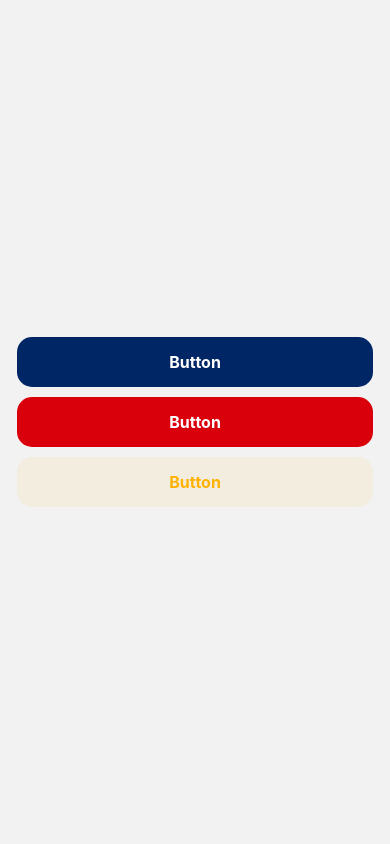
Repository: hungdomanh95/setuptheme
Screen: /
An editor plug-in stored every save of this project. The screen is shown before and after the next save, followed by the edit.
The app was drawn by React Native's web renderer in a window 390 px wide. The project was rebuilt for these pictures with package versions that can differ from the ones it lists, and the page was loaded fresh each time. Also part of the build but not shown: src/components/Fade/index.js, src/components/Slide/index.js.

Above is the screen before, as saved 2022-05-17 10:50:43.

### App.js
import {View, Text} from 'react-native';
import React from 'react';
import RootNavigation from './src/navigation/rootNavigation';

const App = () => {
  return <RootNavigation />;
};

export default App;

### src/navigation/rootNavigation.js
import React from 'react'
import {NavigationContainer} from '@react-navigation/native';
import {createNativeStackNavigator} from '@react-navigation/native-stack';
import {
  HomeScreen,
} from '../screens';
import { SafeAreaProvider } from 'react-native-safe-area-context';

const Stack = createNativeStackNavigator();
const RootNavigation = () => {
  const screenOptions = {
    headerTransparent: true,
    headerShown: false,
  };
  const stackOption = {
    headerShown: true,
    headerBackTitle: '',
    headerTitle: '',
  };
  return (
    <SafeAreaProvider>
      <NavigationContainer>
        <Stack.Navigator screenOptions={screenOptions}>
          <Stack.Screen name="HomeScreen" component={HomeScreen} />
        </Stack.Navigator>
      </NavigationContainer>
    </SafeAreaProvider>
  );
};

export default RootNavigation;

### src/screens/index.js
import HomeScreen from './HomeScreen';
export {HomeScreen};

### src/screens/HomeScreen/index.js
import {View, Text, StyleSheet} from 'react-native';
import React from 'react';
import {color, shadows} from '../../theme';
import {RNButton} from '../../components';

const HomeScreen = () => {
  return (
    <View style={styles.container}>
      <RNButton text="Button" color={color.primary} />
      <RNButton text="Button" color={color.red} />
      <RNButton text="Button" color={color.neural8} colorText={color.neural} />
    </View>
  );
};

export default HomeScreen;
const styles = StyleSheet.create({
  container: {
    flex: 1,
    justifyContent: 'center',
    alignItems: 'center',
  },
});

### src/theme/index.js
import {StyleSheet, Dimensions} from 'react-native';
const {width, height} = Dimensions.get('window');
const width_design = 375;
export const size = {
  width,
  height,
  spacing: 16,
  icon: 24,
  btn1: (width * 343) / width_design,
  btn2: (width * 196) / width_design,
  btn3: (width * 160) / width_design,
};
export const color = {
  primary: '#002665',
  primary80: "rgba(0, 38, 101, 0.8)",
  primary60: "rgba(0, 38, 101, 0.6)",
  primary40: "rgba(0, 38, 101, 0.4)",
  primary24: "rgba(0, 38, 101, 0.24)",
  primary16: "rgba(0, 38, 101, 0.16)",
  primary8: "rgba(0, 38, 101, 0.08)",
  primary4: "rgba(0, 38, 101, 0.04)",
  secondary: '#2567F9',
  secondary50: '#0077FF',
  secondary40: 'rgba(0, 119, 255, 0.4)',
  secondary24: 'rgba(0, 119, 255, 0.24)',
  secondary16: 'rgba(0, 119, 255, 0.16)',
  secondary8: 'rgba(0, 119, 255, 0.08)',
  white: '#FFFFFF',
  white64: 'rgba(255,255,255,0.64)',
  white40: 'rgba(255,255,255,0.4)',
  white24: 'rgba(255,255,255,0.24)',
  white16: 'rgba(255,255,255,0.16)',
  white8: 'rgba(255,255,255,0.08)',
  white4: 'rgba(255,255,255,0.04)',
  yellow: '#FDBE01',
  yellow80: 'rgba(253, 190, 1, 0.8)',
  yellow40: 'rgba(253, 190, 1, 0.4)',
  yellow16: 'rgba(253, 190, 1, 0.16)',
  red: '#DA000B',
  red80: 'rgba(227, 38, 46, 0.8)',
  red40: 'rgba(227, 38, 46, 0.4)',
  red16: 'rgba(227, 38, 46, 0.16)',
  gray: '#6D7E92',
  gray40: '#7689A2',
  gray24: '#B3BDCB',
  gray16: '#DADFE6',
  gray8: '#F9FAFD',
  green: '#18A348',
  green50: '#25C26E',
  green40: 'rgba(37, 194, 110, 0.4)',
  green24: 'rgba(37, 194, 110, 0.24)',
  neural: '#FFB200',
  neural80: 'rgba(255, 178, 0, 0.8)',
  neural40: 'rgba(255, 178, 0, 0.4)',
  neural24: 'rgba(255, 178, 0, 0.24)',
  neural16: 'rgba(255, 178, 0, 0.16)',
  neural8: 'rgba(255, 178, 0, 0.08)',
  orange: '#F44B02',
  orange80: 'rgba(244, 75, 2, 0.8)',
  orange40: 'rgba(244, 75, 2, 0.4)',
  orange8: '#FFECE3',
  infor: '#0289F4',
  infor80: 'rgba(2, 137, 244, 0.8)',
  infor40: 'rgba(2, 137, 244, 0.4)',
  infor10: 'rgba(2, 137, 244, 0.1)',
};
export const text = StyleSheet.create({
  h1: {
    fontSize: 22,
    lineHeight: 33,
  },
  h2: {
    fontSize: 20,
    lineHeight: 30,
  },
  h3: {
    fontSize: 18,
    lineHeight: 27,
  },
  fz16: {
    fontSize: 16,
    lineHeight: 24,
  },
  fz14: {
    fontSize: 14,
    lineHeight: 21,
  },
  fz12: {
    fontSize: 12,
    lineHeight: 18,
  },
  fz10: {
    fontSize: 10,
    lineHeight: 15,
  },
  bold: {
    fontWeight: '700',
  },
  medium: {
    fontWeight: '500',
  },
  regular: {
    fontWeight: '400',
  },
});
export const shadows = StyleSheet.create({
  sh: {
    backgroundColor: '#FFFFFF',
    shadowColor: 'rgba(0, 38, 101, 0.1)',
    shadowOffset: {
      width: 0,
      height: 2,
    },
    shadowOpacity: 2,
    shadowRadius: 5,
    elevation: 5,
  },
});

### src/components/index.js
import Fade from './Fade';
import Slide from './Slide';
import RNButton from './RNButton';
export {Fade, Slide, RNButton};

### src/components/RNButton/index.js
import {StyleSheet, Text, View} from 'react-native';
import React from 'react';
import {color, size, text} from '../../theme';

const RNButton = props => {
  console.log("---");
  const {text, color} = props;

  const styles = styleWithProps(props);
  return (
    <View style={styles.container}>
      <Text style={styles.text}>{text}</Text>
    </View>
  );
};

const styleWithProps = props =>
  StyleSheet.create({
    container: {
      width: size.btn1,
      height: 50,
      justifyContent: 'center',
      alignItems: 'center',
      backgroundColor: props.color,
      borderRadius: 15,
      marginVertical:5
    },
    text: {
      color: props.colorText || color.white ,
      ...text.fz16,
      ...text.bold,
    },
  });
export default RNButton;

After the next save:
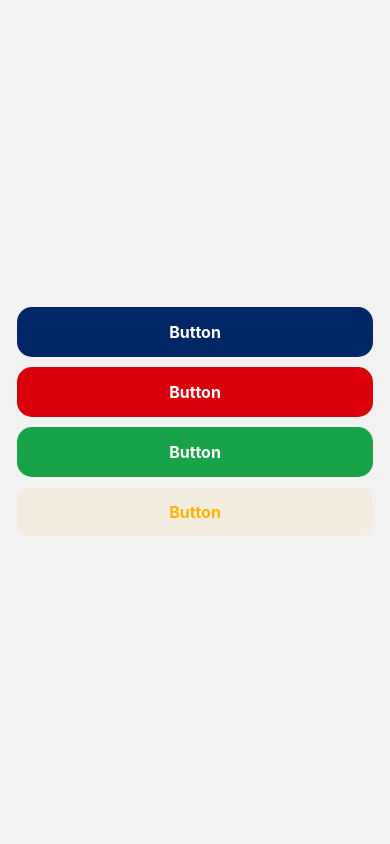
Saved 5 min 39 s later.
--- a/src/screens/HomeScreen/index.js
+++ b/src/screens/HomeScreen/index.js
@@ -8,6 +8,7 @@ const HomeScreen = () => {
     <View style={styles.container}>
       <RNButton text="Button" color={color.primary} />
       <RNButton text="Button" color={color.red} />
+      <RNButton text="Button" color={color.green} />
       <RNButton text="Button" color={color.neural8} colorText={color.neural} />
     </View>
   );
